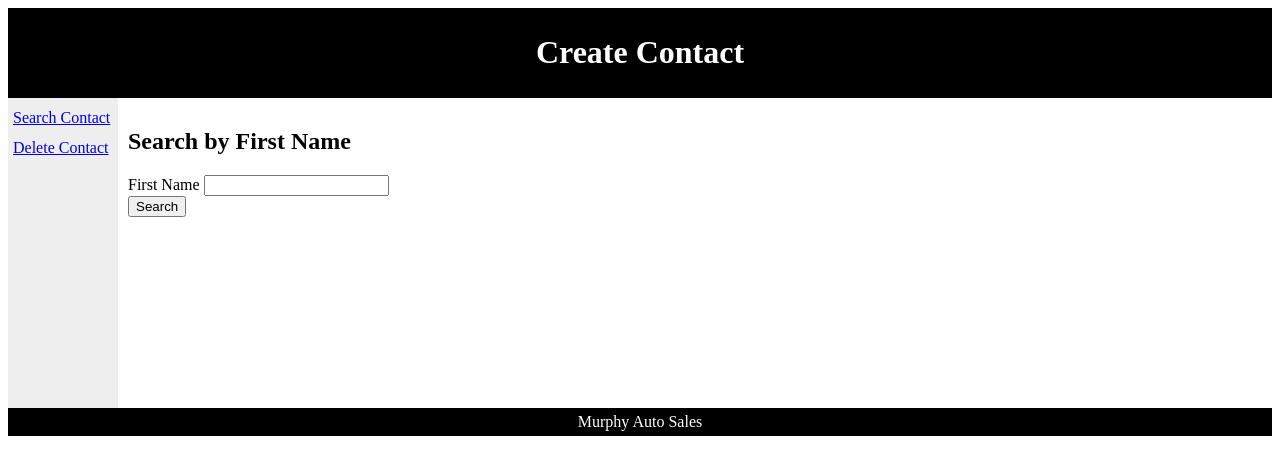
Repository: briantran140/intro-to-software-engineering-tech-exercise
Page: techExercise-tran/src/main/webapp/search_tran.html
The author's editor kept a copy of each file at every save. The page is drawn from the files as they stood at one save, then again after the next save.
The browser window is 1280 px wide. The pictures show the whole page.

Above is the page before, as saved 2023-10-13 03:50:21.

### techExercise-tran/src/main/webapp/search_tran.html
<html>
<head>
<style>
header {
    background-color:black;
    color:white;
    text-align:center;
    padding:5px;
}
nav {
    line-height:30px;
    background-color:#eeeeee;
    height:300px;
    width:100px;
    float:left;
    padding:5px;
}
section {
    width:350px;
    float:left;
    padding:10px;
}
footer {
    background-color:black;
    color:white;
    clear:both;
    text-align:center;
    padding:5px;
}
</style>
</head>

<body>
<header>
<h1> Create Contact </h1>
</header>

<nav>
<a href="/techExercise-tran/search_tran.html">Search Contact</a> <br>
<a href="/techExercise-tran/delete_tran.html">Delete Contact</a> <br>
</nav>

<section>
	<h1>Search by First Name</h1>

	<form action="Search" method="POST">

		First Name <input type="text" name="keyword"> <br />

		<input type="submit" value="Search" />
	</form>

</section>

<footer>
	Murphy Auto Sales
</footer>
</body>
</html>

After the next save:
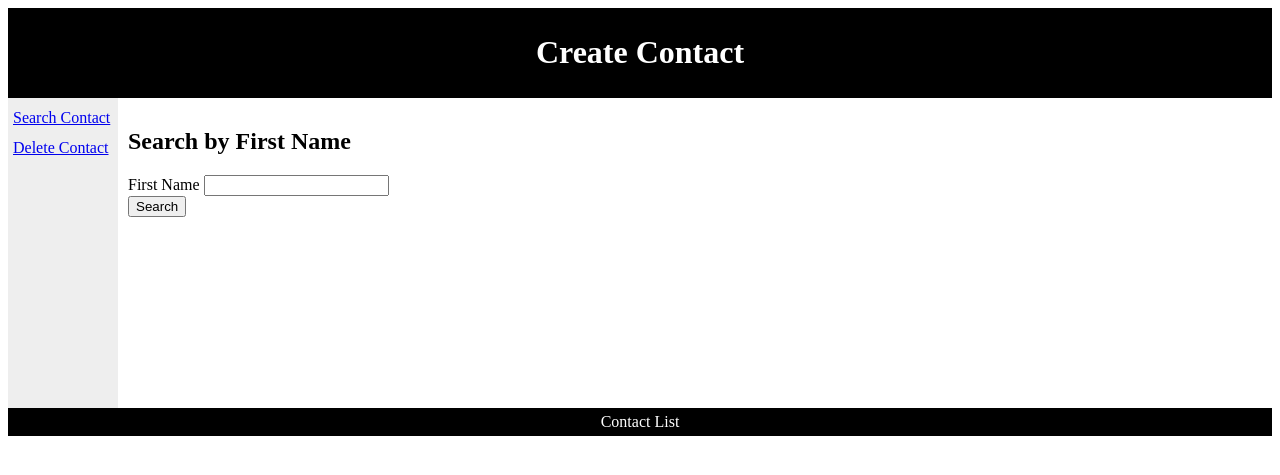
Saved 24 s later.
--- a/techExercise-tran/src/main/webapp/search_tran.html
+++ b/techExercise-tran/src/main/webapp/search_tran.html
@@ -43,7 +43,7 @@ footer {
 <section>
 	<h1>Search by First Name</h1>
 
-	<form action="Search" method="POST">
+	<form action="SearchTran" method="POST">
 
 		First Name <input type="text" name="keyword"> <br />
 
@@ -53,7 +53,7 @@ footer {
 </section>
 
 <footer>
-	Murphy Auto Sales
+	Contact List
 </footer>
 </body>
 </html>
